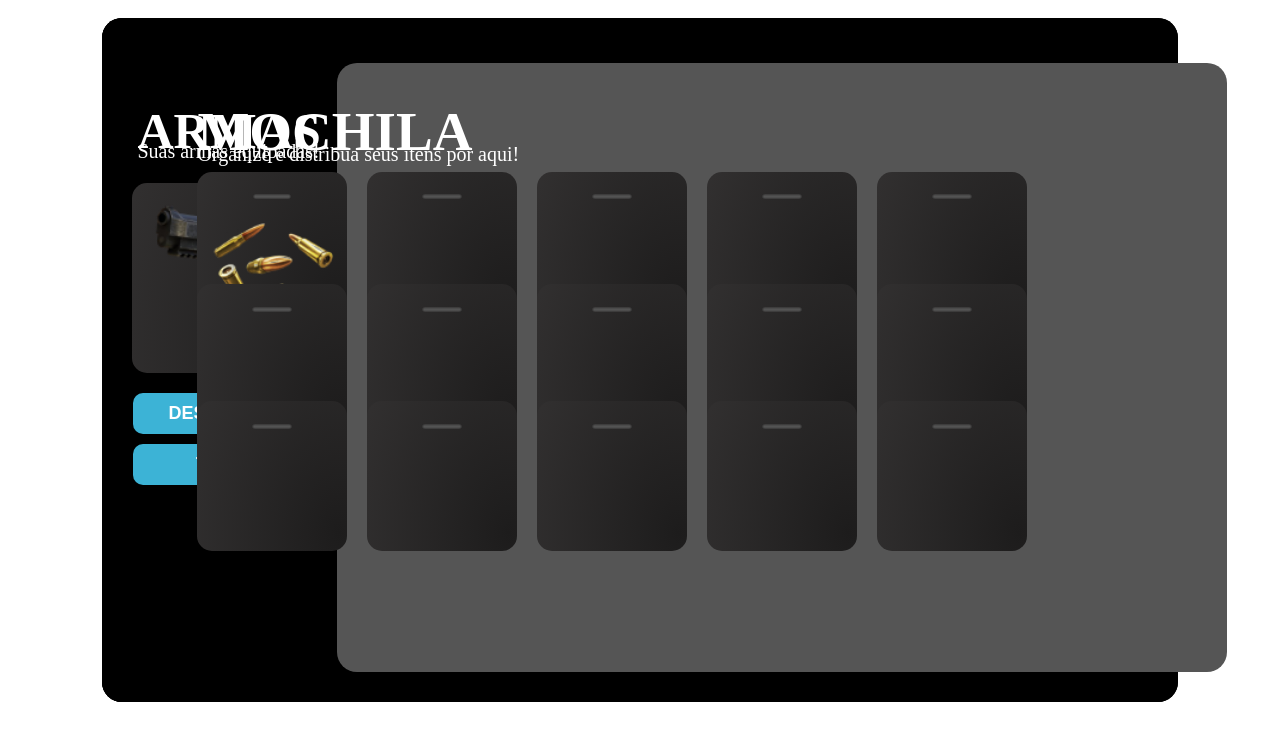
Repository: DuMCorrea/Mochila
Page: index.html
An editor plug-in stored every save of this project. The page is shown before and after the next save, followed by the edit.
The browser window is 1280 px wide. The pictures show the whole page.
Some web fonts or font styles are not loaded; a fallback is used.

Above is the page before, as saved 2024-09-02 23:01:28.

### index.html
<!DOCTYPE html>
<html lang="pt-BR">
<head>
    <meta charset="UTF-8">
    <meta name="viewport" content="width=device-width, initial-scale=1.0">
    <link href="https://fonts.googleapis.com/css2?family=Baloo+Bhai+2&display=swap" rel="stylesheet">
    <title>Modelo de Tela</title>
    <link rel="stylesheet" href="styles.css">
</head>
<body>
    <div class="container">
        <div class="background-rectangle">
            <div class="left-div">
                <div class="content-left">
                    <h1>ARMAS</h1>
                    <p>Suas armas equipadas!</p>
                    <div class="image-container">
                        <img src="assets/ARMA.png" alt="Imagem" />
                    </div>
                    <button class="desequipar-btn">DESEQUIPAR</button>
                    <button class="todas">TODAS</button>
                </div>
            </div>
            <div class="right-div">
                <div class="content-right">
                    <h1>MOCHILA</h1>
                    <p>Organize e distribua seus itens por aqui!</p>
                    <div class="squares-container">
                        <div class="square">
                            <img src="assets/traco.png" alt="Imagem" class="square-image-unic">
                            <img src="assets/balas.png" alt="Imagem" class="shots-image">
                        </div>
                        <div class="square">
                            <img src="assets/traco.png" alt="Imagem" class="square-image">
                        </div>
                        <div class="square">
                            <img src="assets/traco.png" alt="Imagem" class="square-image">
                        </div>
                        <div class="square">
                            <img src="assets/traco.png" alt="Imagem" class="square-image">
                        </div>
                        <div class="square">
                            <img src="assets/traco.png" alt="Imagem" class="square-image">
                        </div>
                    </div>
                    <!-- Segunda linha de quadrados -->
                    <div class="squares-containerr">
                        <div class="square">
                            <img src="assets/traco.png" alt="Imagem" class="square-image">
                        </div>
                        <div class="square">
                            <img src="assets/traco.png" alt="Imagem" class="square-image">
                        </div>
                        <div class="square">
                            <img src="assets/traco.png" alt="Imagem" class="square-image">
                        </div>
                        <div class="square">
                            <img src="assets/traco.png" alt="Imagem" class="square-image">
                        </div>
                        <div class="square">
                            <img src="assets/traco.png" alt="Imagem" class="square-image">
                        </div>
                    </div>

                    <!-- Terceira linha de quadrados -->
                    <div class="squares-containerrr">
                        <div class="square">
                            <img src="assets/traco.png" alt="Imagem" class="square-image">
                        </div>
                        <div class="square">
                            <img src="assets/traco.png" alt="Imagem" class="square-image">
                        </div>
                        <div class="square">
                            <img src="assets/traco.png" alt="Imagem" class="square-image">
                        </div>
                        <div class="square">
                            <img src="assets/traco.png" alt="Imagem" class="square-image">
                        </div>
                        <div class="square">
                            <img src="assets/traco.png" alt="Imagem" class="square-image">
                        </div>
                    </div>
                </div>
            </div>
        </div>
    </div>
</body>
</html>

### styles.css
body, html {
    margin: 0;
    padding: 0;
    width: 100%;
    height: 100%;
    display: flex;
    justify-content: center;
    align-items: center;
    background-color: white; /* Fundo preto para o body */
    font-family: 'Baloo Bhai 2', cursive; /* Aplicando a fonte Baloo Bhai */
}

.container {
    width: 84%; /* Largura da div principal */
    height: 95%; /* Altura da div principal */
    display: flex;
    justify-content: center;
    align-items: center;
    background-color: #000000; /* Fundo preto para a div principal */
    border-radius: 20px; /* Canto arredondado */
    font-family: 'Baloo Bhai 2', cursive; /* Aplicando a fonte Baloo Bhai */
}

.background-rectangle {
    width: 100%;
    height: 100%;
    background: #000000; /* Fundo preto para o retângulo principal */
    border-radius: 20px; /* Cantos arredondados */
    display: flex;
}

.left-div {
    width: 22%; /* 25% da largura da tela */
    height: 100%;
    background-color: #000000; /* Fundo preto para a div esquerda */
    display: flex;
    justify-content: center;
    align-items: center;
    border-radius: 20px 0 0 20px; /* Canto arredondado à esquerda */
    font-family: 'Baloo Bhai 2', cursive; /* Aplicando a fonte Baloo Bhai */
}

.right-div {
    width: calc(110% - 20px); /* 73% da largura da tela menos a margem */
    height: calc(92% - 20px); /* 95% da altura menos a margem */
    background-color: #555555; /* Fundo cinza para a div direita */
    display: flex;
    justify-content: center;
    align-items: center;
    margin: 45px; /* Margem em torno da div da direita */
    border-radius: 20px; /* Cantos arredondados */
    font-family: 'Baloo Bhai 2', cursive; /* Aplicando a fonte Baloo Bhai */
}


/* DIV DA ESQUERDA */

.content-left {
    text-align: justify; /* Justifica o texto */
    display: flex;
    flex-direction: column;
    justify-content: flex-start; /* Alinha os elementos ao topo da div */
    align-items: center; /* Centraliza horizontalmente */
    height: 100%; /* Ocupa toda a altura da div esquerda */
    padding-top: 100px; /* Adiciona um espaçamento do topo */
}

.left-div h1 {
    color: white; /* Cor branca para o título */
    font-size: 50px; /* Tamanho da fonte do título */
    margin-bottom: -20px; /* Espaçamento negativo para aproximar o parágrafo */
    font-weight: 900;
    width: 100%; /* Para garantir que a justificação funcione */
    text-align: justify; /* Justifica o texto do título */
    position: relative;
    left: 35px;
}

.left-div p {
    color: white; /* Cor branca para a frase */
    font-size: 20px; /* Tamanho da fonte da frase */
    margin-top: 0; /* Remove a margem superior do parágrafo */
    width: 100%; /* Para garantir que a justificação funcione */
    text-align: justify; /* Justifica o texto da frase */
    font-weight: 100;
    position: relative;
    left: 35px;
}

.image-container {
    width: 190px; /* Largura do quadrado */
    height: 190px; /* Altura do quadrado */
    background: radial-gradient(547.21% 823.76% at 94.51% 88.04%, #1D1C1C 0%, #837E7E 100%); /* Fundo com gradiente */
    border-radius: 15px; /* Borda arredondada */
    display: flex;
    justify-content: center;
    align-items: center;
    margin-top: 0px; /* Espaçamento acima da imagem */
    position: relative;
    left: 30px;
}

.image-container img {
    width: 85%; /* Ajusta o tamanho da imagem para caber no container */
    height: 85%; /* Ajusta o tamanho da imagem para caber no container */
    border-radius: 15px; /* Borda arredondada da imagem para combinar com o container */
}

.desequipar-btn {
    margin-top: 20px; /* Espaçamento acima do botão */
    padding: 10px 20px; /* Espaçamento interno do botão */
    background: linear-gradient(90deg, #3CB3D6 49.9%, #1F5E70 100%); /* Fundo com gradiente */
    color: white; /* Cor do texto */
    font-size: 18px; /* Tamanho da fonte */
    font-weight: bold; /* Negrito no texto */
    border: none; /* Remove a borda padrão do botão */
    border-radius: 10px; /* Bordas arredondadas */
    cursor: pointer; /* Cursor de ponteiro ao passar o mouse */
    text-align: center; /* Centraliza o texto no botão */
    width: 189px; /* Largura do botão */
    position: relative;
    left: 30px;
}

.todas {
    margin-top: 10px; /* Espaçamento acima do botão */
    padding: 10px 20px; /* Espaçamento interno do botão */
    background: linear-gradient(90deg, #3CB3D6 49.9%, #1F5E70 100%); /* Fundo com gradiente */
    color: white; /* Cor do texto */
    font-size: 18px; /* Tamanho da fonte */
    font-weight: bold; /* Negrito no texto */
    border: none; /* Remove a borda padrão do botão */
    border-radius: 10px; /* Bordas arredondadas */
    cursor: pointer; /* Cursor de ponteiro ao passar o mouse */
    text-align: center; /* Centraliza o texto no botão */
    width: 189px; /* Largura do botão */
    position: relative;
    left: 30px;
}


/* DIV DA DIREITA */


.content-right {
    display: flex;
    flex-direction: column;
    justify-content: flex-start; /* Alinha os elementos ao topo da div */
    align-items: flex-start; /* Alinha os elementos à esquerda */
    height: 100%; /* Ocupa toda a altura da div direita */
    padding: 20px; /* Adiciona um espaçamento interno */
}

.right-div h1 {
    color: white; /* Cor branca para o título */
    font-size: 55px; /* Tamanho da fonte do título */
    margin-bottom: -20px; /* Espaçamento negativo para aproximar o parágrafo */
    font-weight: 900;
    width: 100%; /* Para garantir que a justificação funcione */
    text-align: left; /* Alinha o texto à esquerda */
    position: relative; /* Posicionamento relativo para o elemento abaixo */
    right: 160px;
}

.right-div p {
    color: white; /* Cor branca para a frase */
    font-size: 20px; /* Tamanho da fonte da frase */
    margin-top: 0; /* Remove a margem superior do parágrafo */
    width: 100%; /* Para garantir que a justificação funcione */
    text-align: left; /* Alinha o texto à esquerda */
    font-weight: 100;
    position: relative; /* Posicionamento relativo para o elemento abaixo */
    right: 160px;
}

.squares-container {
    display: flex; /* Exibe os quadrados em linha */
    justify-content: center; /* Centraliza os quadrados horizontalmente */
    align-items: center; /* Centraliza os quadrados verticalmente */
    width: 100%; /* Largura total para o contêiner */
    height: 50%; /* Altura do contêiner */
    position: relative;
    right: 170px;
    bottom: 20px;
    margin-bottom: 0px; /* Reduz o espaçamento entre as linhas de quadrados */
}
.squares-containerr {
    display: flex; /* Exibe os quadrados em linha */
    justify-content: center; /* Centraliza os quadrados horizontalmente */
    align-items: center; /* Centraliza os quadrados verticalmente */
    width: 100%; /* Largura total para o contêiner */
    height: 50%; /* Altura do contêiner */
    position: relative;
    right: 170px;
    bottom: 70px;

}
.squares-containerrr {
    display: flex; /* Exibe os quadrados em linha */
    justify-content: center; /* Centraliza os quadrados horizontalmente */
    align-items: center; /* Centraliza os quadrados verticalmente */
    width: 100%; /* Largura total para o contêiner */
    height: 50%; /* Altura do contêiner */
    position: relative;
    right: 170px;
    bottom: 115px;
}

.square {
    width: 150px; /* Largura dos quadrados */
    height: 150px; /* Altura dos quadrados */
    background: radial-gradient(547.21% 823.76% at 94.51% 88.04%, #1D1C1C 0%, #837E7E 100%); /* Gradiente de fundo */
    border-radius: 15px; /* Bordas arredondadas */
    margin: 0 10px 0px 10px; /* Espaçamento entre os quadrados e entre as linhas */
    display: flex;
    justify-content: center; /* Centraliza horizontalmente o conteúdo */
    align-items: center; /* Centraliza verticalmente o conteúdo */
}

.square-image {
    width: 40px; /* Tamanho da imagem dentro dos quadrados */
    height: 5px;
    position: relative;
    bottom: 50px;
}

.square-image-unic {
    width: 40px; /* Tamanho da imagem dentro dos quadrados */
    height: 5px;
    position: relative;
    bottom: 50px;
    left: 67px;
}

.shots-image {
    width: 90%; /* Tamanho da imagem dentro dos quadrados */
    height: 60%;
    position: relative;
    top: 20px;
    right: 20px;
}

After the next save:
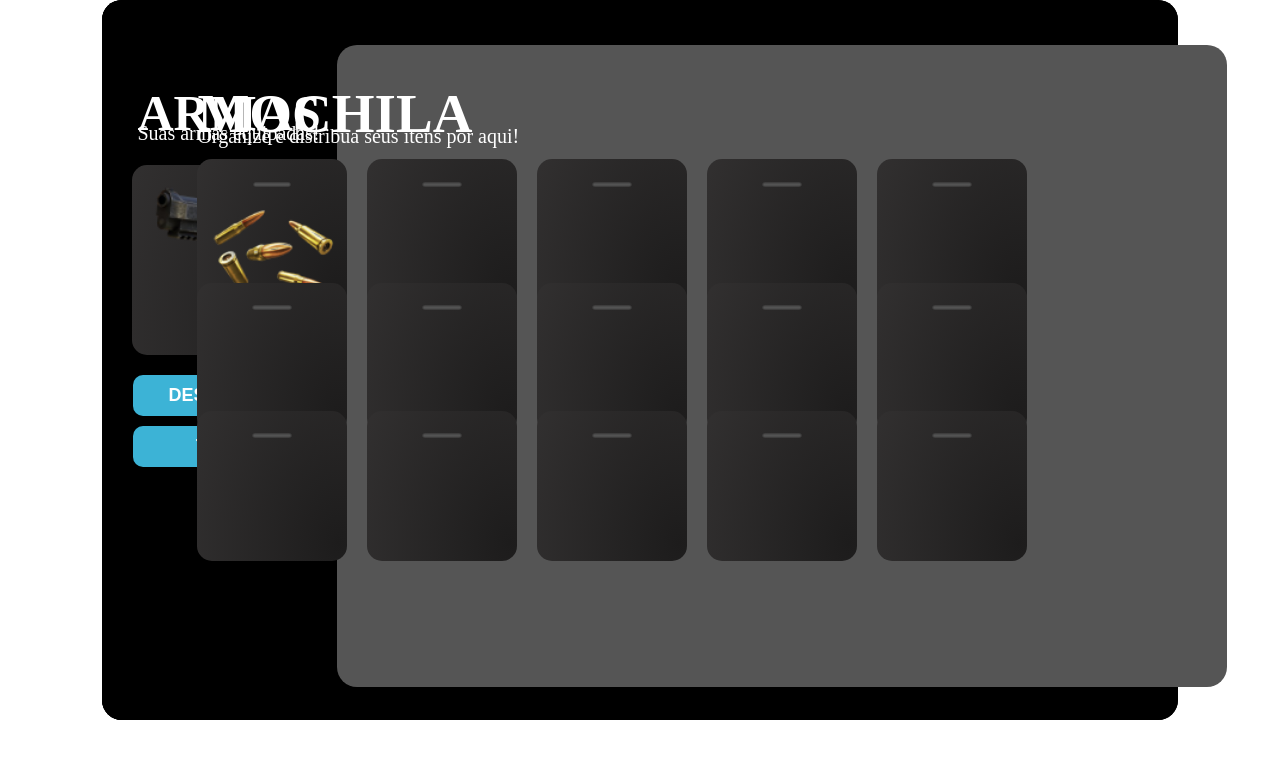
Saved 10 min 29 s later.
--- a/styles.css
+++ b/styles.css
@@ -12,7 +12,7 @@
 
 .container {
     width: 84%; /* Largura da div principal */
-    height: 95%; /* Altura da div principal */
+    height: 100%; /* Altura da div principal */
     display: flex;
     justify-content: center;
     align-items: center;

After the save that followed:
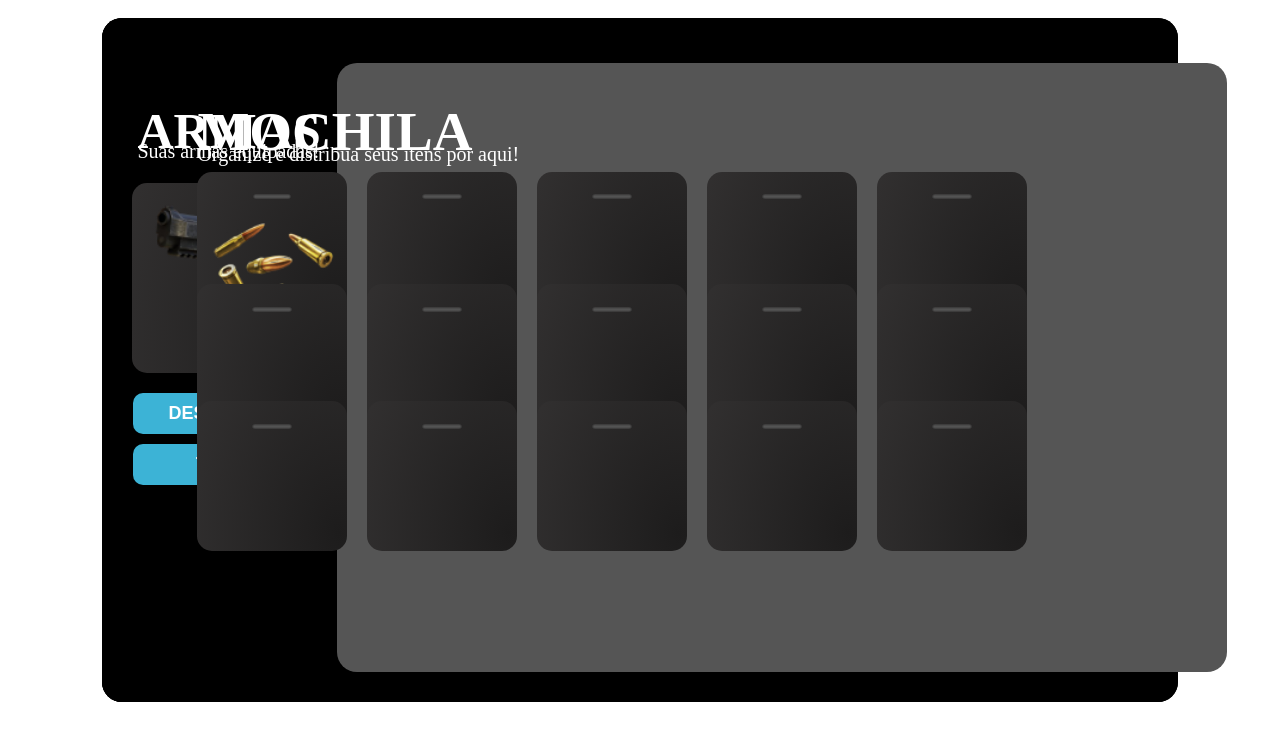
Saved 11 s later.
--- a/styles.css
+++ b/styles.css
@@ -12,7 +12,7 @@
 
 .container {
     width: 84%; /* Largura da div principal */
-    height: 100%; /* Altura da div principal */
+    height: 95%; /* Altura da div principal */
     display: flex;
     justify-content: center;
     align-items: center;
